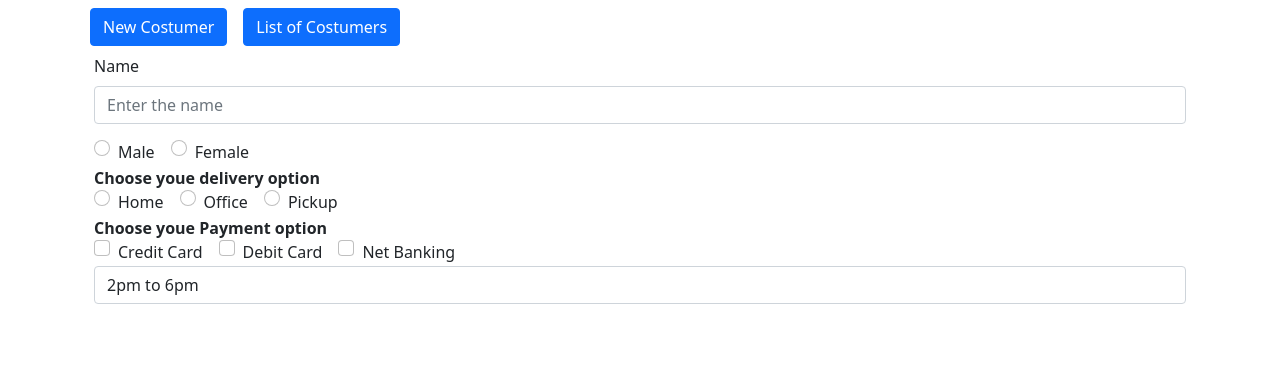
Repository: Sanjayjangra88/combo_app
Page: /, after clicking the first element matching `button.btn`
The author's editor kept a copy of each file at every save. The page is drawn from the files as they stood at one save, then again after the next save.
The browser window is 1280 px wide. The pictures show the whole page.
Some web libraries are served in a nearby version. The project was rebuilt for these pictures with package versions that can differ from the ones it lists, and the page was loaded fresh each time. Also part of the build but not shown: src/App.js.

Above is the page before, as saved 2022-06-04 13:20:31.

After the next save:
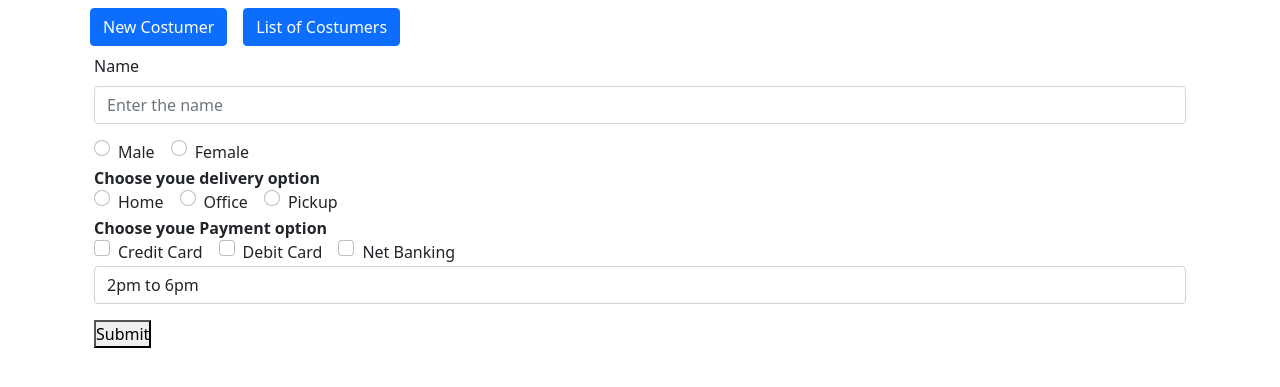
Saved 4 min 51 s later.
--- a/src/Components/dpForm.jsx
+++ b/src/Components/dpForm.jsx
@@ -112,6 +112,7 @@ export class dpForm extends Component {
                         {slots.map((ele)=><option>{ele}</option>)}
                     </select>
                 </div>
+                <button>Submit</button>
 
       </div>
     )
